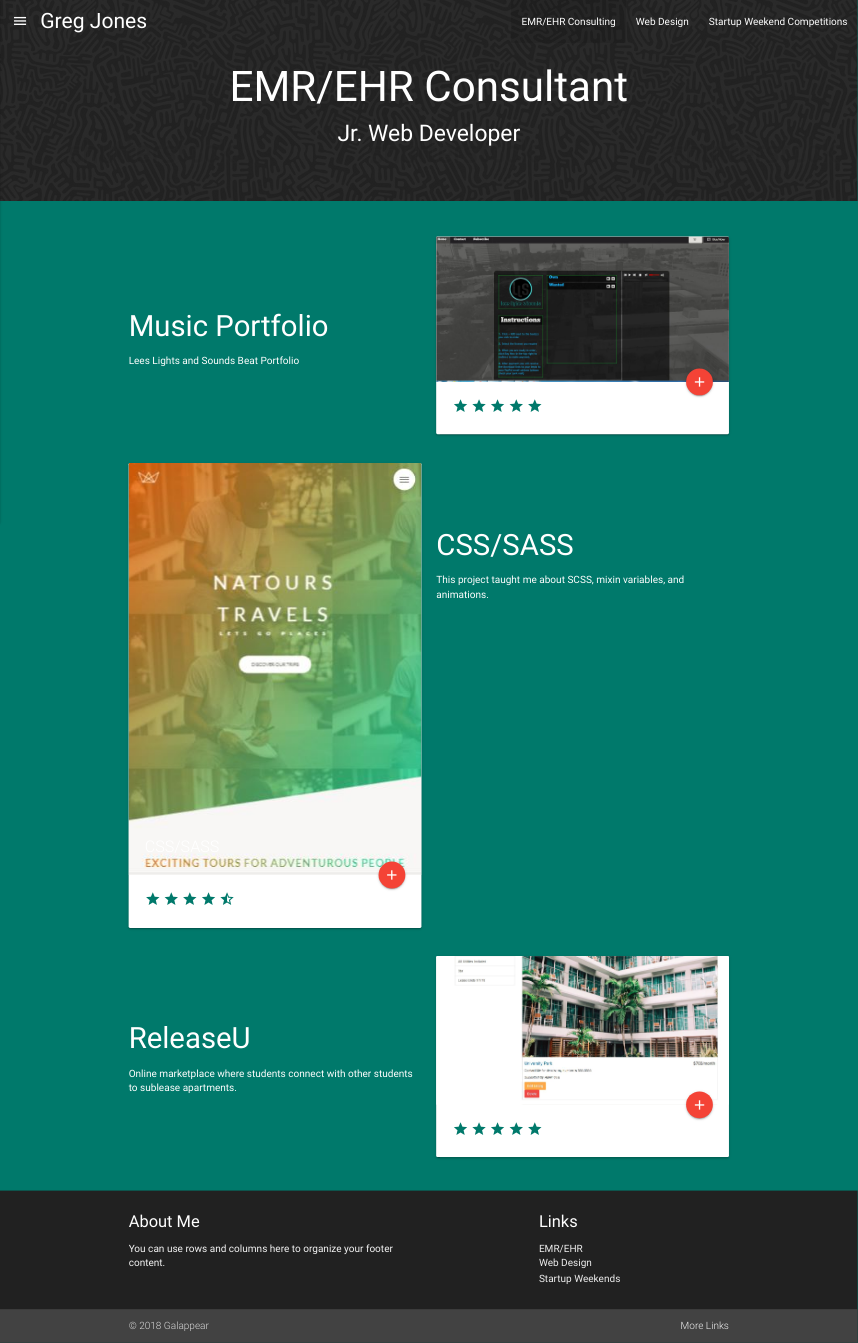
Repository: Greg919617/Existing-Portfolio
Page: web-design.html
These files come from the project's save history. The page is drawn as it stood at one moment and after the next save; the edit follows.
The browser window is 1280 px wide. The pictures show the whole page, at 67% of full size.
Some web libraries are served in a nearby version.

Above is the page before, as saved 2018-06-26 17:31:19.

### web-design.html
<!DOCTYPE html>
<html>

<head>
  <!--Import Google Icon Font-->
  <link href="https://fonts.googleapis.com/icon?family=Material+Icons" rel="stylesheet">
  <!--Import materialize.css-->
  <link type="text/css" rel="stylesheet" href="css/materialize.min.css" media="screen,projection" />
  <link type="text/css" rel="stylesheet" href="css/main.css" />

  <!--Let browser know website is optimized for mobile-->
  <meta name="viewport" content="width=device-width, initial-scale=1.0" />
  <title>Galappear</title>
</head>

<body>
  <!-- Header -->
  <header class="main-header">
    <nav class="transparent nav-wrapper z-depth-0">
      <div class="nav-wrapper">
        <a href="#" data-activates="mobile-nav" class="button-collapse show-on-large">
          <i class="material-icons">menu</i>
        </a>
        <a href="index.html" class="brand-logo">Greg Jones</a>
        <ul class="right hide-on-med-and-down">
          <li class="active">
            <a href="index.html">EMR/EHR Consulting</a>
          </li>
          <li>
            <a href="web-design.html">Web Design</a>
          </li>
          <li>
            <a href="sw.html">Startup Weekend Competitions</a>
          </li>
        </ul>
      </div>
      <ul class="side-nav" id="mobile-nav">
        <li>
          <a href="index.html">EMR/EHR Consulting</a>
        </li>
        <li>
          <a href="web-design.html">Web Design</a>
        </li>
        <li>
          <a href="sw.html">Startup Weekend Competitions</a>
        </li>
      </ul>
    </nav>
    <h1 class="center">EMR/EHR Consultant</h1>
    <h4 class="center">Jr. Web Developer</h4>
  </header>

  <!-- Section: Main -->
  <section class="section section-main">
    <div class="container">
      <!-- Row 1 -->
      <div class="row row-1">
        <div class="col m6 hide-on-small-only">
          <div class="img-content">
            <h3> Music Portfolio</h3>
            Lees Lights and Sounds Beat Portfolio
          </div>
        </div>
        <div class="col m6">
          <div class="card">
            <div class="card-image">
              <img src="img/gallery/kleehomepage.jpg" alt="">
              <span class="card-title"></span>
              <a href="#abstract1" class="btn-floating halfway-fab waves-effect waves-light red modal-trigger">
                <i class="material-icons">add</i>
              </a>
            </div>
            <div class="card-content">
              <p>
                <i class="material-icons">star</i>
                <i class="material-icons">star</i>
                <i class="material-icons">star</i>
                <i class="material-icons">star</i>
                <i class="material-icons">star</i>
              </p>
            </div>
          </div>
        </div>
      </div>

      <!-- Row 2 -->
      <div class="row row-2">
        <div class="col m6">
          <div class="card">
            <div class="card-image">
              <img src="img/gallery/natoursheaderfinal.jpg" alt="">
              <span class="card-title">CSS/SASS</span>
              <a href="#abstract2" class="btn-floating halfway-fab waves-effect waves-light red modal-trigger">
                <i class="material-icons">add</i>
              </a>
            </div>
            <div class="card-content">
              <p>
                <i class="material-icons">star</i>
                <i class="material-icons">star</i>
                <i class="material-icons">star</i>
                <i class="material-icons">star</i>
                <i class="material-icons">star_half</i>
              </p>
            </div>
          </div>
        </div>
        <div class="col m6 hide-on-small-only">
          <div class="img-content">
            <h3>CSS/SASS</h3>
            This project taught me about SCSS, mixin variables, and animations.
          </div>
        </div>
      </div>

      <!-- Row 3 -->
      <div class="row row-3">
        <div class="col m6 hide-on-small-only">
          <div class="img-content">
            <h3>ReleaseU</h3>
            Online marketplace where students connect with other students to sublease apartments.
          </div>
        </div>
        <div class="col m6">
          <div class="card">
            <div class="card-image">
              <img src="img/gallery/apartment.jpg" alt="">
              <span class="card-title">Recogged</span>
              <a href="#abstract3" class="btn-floating halfway-fab waves-effect waves-light red modal-trigger">
                <i class="material-icons">add</i>
              </a>
            </div>
            <div class="card-content">
              <p>
                <i class="material-icons">star</i>
                <i class="material-icons">star</i>
                <i class="material-icons">star</i>
                <i class="material-icons">star</i>
                <i class="material-icons">star</i>
              </p>
            </div>
          </div>
        </div>
      </div>
    </div>
  </section>

  <!-- Footer -->
  <footer class="page-footer">
    <div class="container">
      <div class="row">
        <div class="col l6 s12">
          <h5 class="white-text">About Me</h5>
          <p class="grey-text text-lighten-4">You can use rows and columns here to organize your footer content.</p>
        </div>
        <div class="col l4 offset-l2 s12">
          <h5 class="white-text">Links</h5>
          <ul>
            <li>
              <a class="grey-text text-lighten-3" href="index.html">EMR/EHR</a>
            </li>
            <li>
              <a class="grey-text text-lighten-3" href="web-design.html">Web Design</a>
            </li>
            <li>
              <a class="grey-text text-lighten-3" href="sw.html">Startup Weekends</a>
            </li>

          </ul>
        </div>
      </div>
    </div>
    <div class="footer-copyright">
      <div class="container">
        © 2018 Galappear
        <a class="grey-text text-lighten-4 right" href="#!">More Links</a>
      </div>
    </div>
  </footer>

 <!-- Modal 1 -->
 <div id="abstract1" class="modal">
  <div class="modal-content">
    <h4>Lees Lights & Sounds</h4>
    <img src="img/gallery/kleehomepage.jpg" alt="" class="responsive-img"> Built A Music Portfolio using HTML, CSS/SASS and Jquery.
  </div>
  <div class="modal-footer">
    <p>
      <i class="material-icons">star</i>
      <i class="material-icons">star</i>
      <i class="material-icons">star</i>
      <i class="material-icons">star</i>
      <i class="material-icons">star</i>
    </p>
  </div>
</div>

<!-- Modal 2 -->
<div id="abstract2" class="modal">
  <div class="modal-content">
    <h4>Natours Travel Tutorial</h4>
    <img src="img/gallery/natoursmiddle.jpg" alt="" class="responsive-img"> <br> Used CSS/SASS to build this web application.
  </div>
  <div class="modal-footer">
    <p>
      <i class="material-icons">star</i>
      <i class="material-icons">star</i>
      <i class="material-icons">star</i>
      <i class="material-icons">star</i>
      <i class="material-icons">star_half</i>
    </p>
  </div>
</div>

<!-- Modal 3 -->
<div id="mclaren" class="modal">
  <div class="modal-content">
    <h4>Cerner Schappbook & PowerChart</h4>
    <img src="img/gallery/mclaren1.jpg" alt="" class="responsive-img"> <br> At-the-elbow support during the first 2 weeks of Go-Live for Acute Nurses, Physiatrist, and Therapist, Diabetes Educators, Coordinators, & Dieticians using PowerChart and SchappBook.
  </div>
  <div class="modal-footer">
    <p>
      <i class="material-icons">star</i>
      <i class="material-icons">star</i>
      <i class="material-icons">star</i>
      <i class="material-icons">star</i>
      <i class="material-icons">star</i>
    </p>
  </div>
</div>

  <!--Import jQuery before materialize.js-->
  <script type="text/javascript" src="https://code.jquery.com/jquery-3.2.1.min.js"></script>
  <script type="text/javascript" src="js/materialize.min.js"></script>
  <script>
    $(document).ready(function () {
      // Init Sidenav
      $('.button-collapse').sideNav();

      // Init Modal
      $('.modal').modal();

      // Scrollfire
      const options = [
        {
          selector: '.row-1', offset: 50, callback: function (el) {
            Materialize.fadeInImage($(el));
          }
        },
        {
          selector: '.row-2', offset: 300, callback: function (el) {
            Materialize.fadeInImage($(el));
          }
        },
        {
          selector: '.row-3', offset: 400, callback: function (el) {
            Materialize.fadeInImage($(el));
          }
        }
      ];

      Materialize.scrollFire(options);

    });
  </script>
</body>

</html>

Loaded but not shown: css/materialize.min.css (library); css/main.css (library); js/materialize.min.js (library)

After the next save:
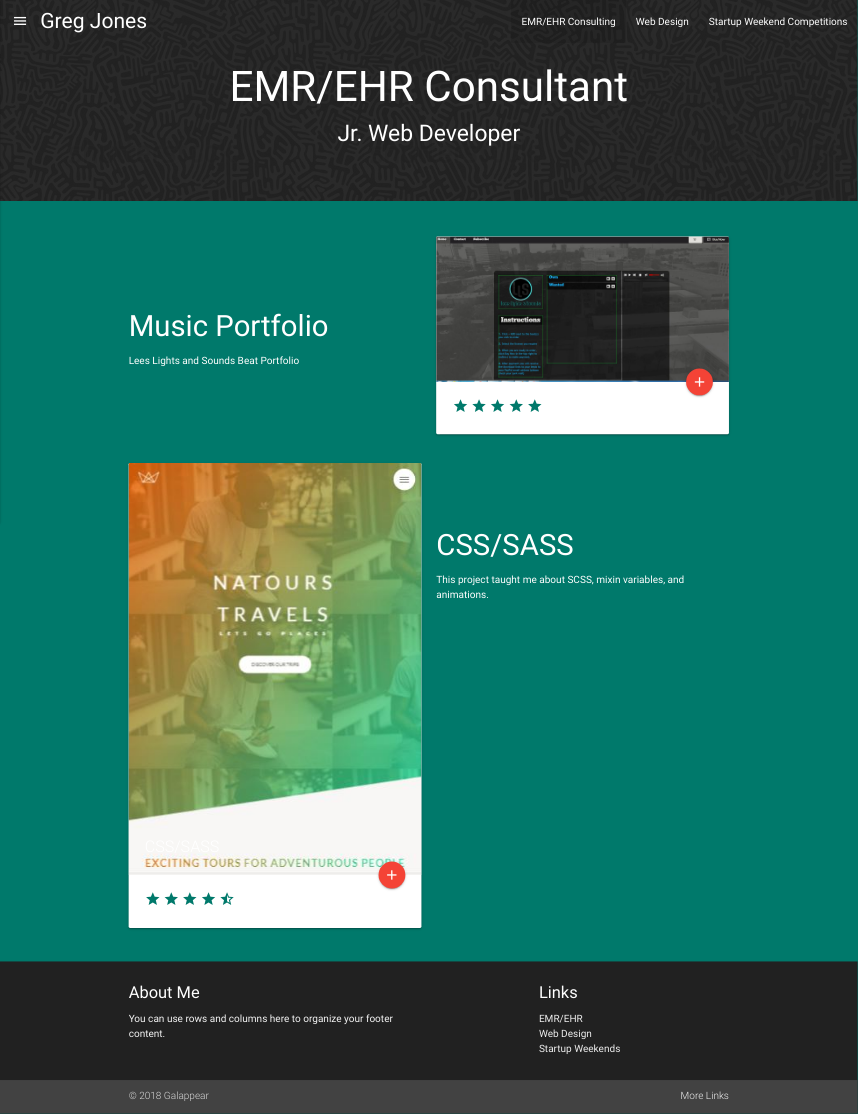
Saved 109 s later.
--- a/web-design.html
+++ b/web-design.html
@@ -114,32 +114,19 @@
       </div>
 
       <!-- Row 3 -->
-      <div class="row row-3">
-        <div class="col m6 hide-on-small-only">
-          <div class="img-content">
-            <h3>ReleaseU</h3>
-            Online marketplace where students connect with other students to sublease apartments.
-          </div>
-        </div>
-        <div class="col m6">
-          <div class="card">
-            <div class="card-image">
-              <img src="img/gallery/apartment.jpg" alt="">
-              <span class="card-title">Recogged</span>
-              <a href="#abstract3" class="btn-floating halfway-fab waves-effect waves-light red modal-trigger">
-                <i class="material-icons">add</i>
-              </a>
-            </div>
-            <div class="card-content">
-              <p>
-                <i class="material-icons">star</i>
-                <i class="material-icons">star</i>
-                <i class="material-icons">star</i>
-                <i class="material-icons">star</i>
-                <i class="material-icons">star</i>
-              </p>
-            </div>
-          </div>
+      <div id="mclaren" class="modal">
+        <div class="modal-content">
+          <h4>Cerner Schappbook & PowerChart</h4>
+          <img src="img/gallery/mclaren1.jpg" alt="" class="responsive-img"> <br>Used Crud Technology and Passport.JS for Authentication.
+        </div>
+        <div class="modal-footer">
+          <p>
+            <i class="material-icons">star</i>
+            <i class="material-icons">star</i>
+            <i class="material-icons">star</i>
+            <i class="material-icons">star</i>
+            <i class="material-icons">star</i>
+          </p>
         </div>
       </div>
     </div>

After the 2 saves that followed:
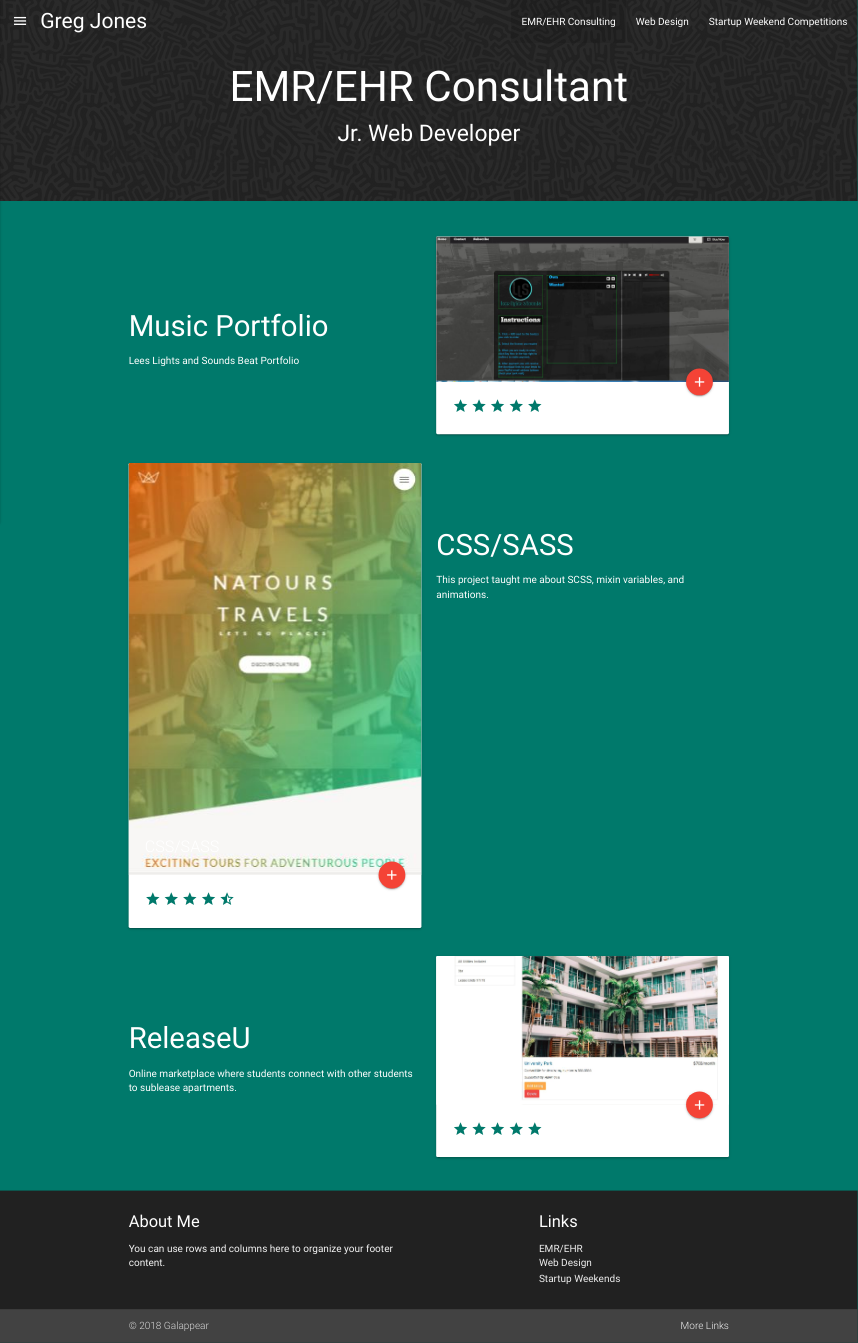
The 2 saves are shown as one change because 1 left the picture as it was.
The last was saved 44 s later.
--- a/web-design.html
+++ b/web-design.html
@@ -114,19 +114,32 @@
       </div>
 
       <!-- Row 3 -->
-      <div id="mclaren" class="modal">
-        <div class="modal-content">
-          <h4>Cerner Schappbook & PowerChart</h4>
-          <img src="img/gallery/mclaren1.jpg" alt="" class="responsive-img"> <br>Used Crud Technology and Passport.JS for Authentication.
-        </div>
-        <div class="modal-footer">
-          <p>
-            <i class="material-icons">star</i>
-            <i class="material-icons">star</i>
-            <i class="material-icons">star</i>
-            <i class="material-icons">star</i>
-            <i class="material-icons">star</i>
-          </p>
+      <div class="row row-3">
+        <div class="col m6 hide-on-small-only">
+          <div class="img-content">
+            <h3>ReleaseU</h3>
+            Online marketplace where students connect with other students to sublease apartments.
+          </div>
+        </div>
+        <div class="col m6">
+          <div class="card">
+            <div class="card-image">
+              <img src="img/gallery/apartment.jpg" alt="">
+              <span class="card-title">Recogged</span>
+              <a href="#abstract3" class="btn-floating halfway-fab waves-effect waves-light red modal-trigger">
+                <i class="material-icons">add</i>
+              </a>
+            </div>
+            <div class="card-content">
+              <p>
+                <i class="material-icons">star</i>
+                <i class="material-icons">star</i>
+                <i class="material-icons">star</i>
+                <i class="material-icons">star</i>
+                <i class="material-icons">star</i>
+              </p>
+            </div>
+          </div>
         </div>
       </div>
     </div>
